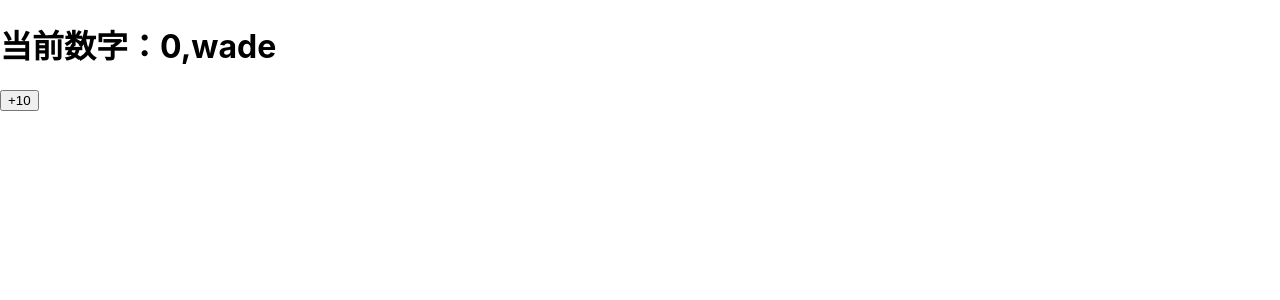
Repository: ZhangCoder0812/zf-react-project
Page: /
These files come from the project's save history. The page is drawn as it stood at one moment and after a run of saves; the edit follows.
The browser window is 1280 px wide. The pictures show the whole page.
The project was rebuilt for these pictures with package versions that can differ from the ones it lists, and the page was loaded fresh each time.

Above is the page before, as saved 2021-05-17 10:45:13.

After the next 4 saves:
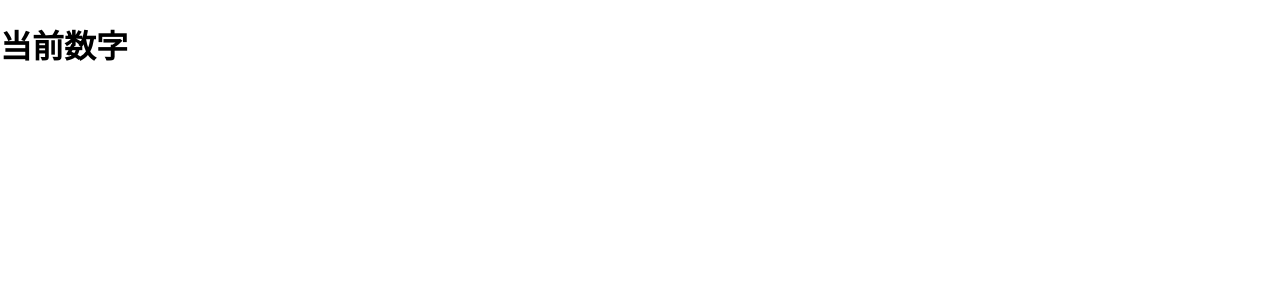
The 4 saves are shown as one change because 1 did not build or start and some came seconds apart.
The last was saved 15 s later.
--- a/src/App.js
+++ b/src/App.js
@@ -1,22 +1,9 @@
-import React, { useState } from "react";
+import React from "react";
 
 function App() {
-    let [state, setState] = useState({
-        count: 0,
-        name: "wade",
-    });
-    const changCount = num => {
-        setState({
-            ...state, //这里要手动将之前的数据放在这 不然会丢失 这个setState不像类组件的setState 这里会整体替换之前的state
-            count: state.count + num,
-        });
-    };
     return (
         <div>
-            <h1>
-                当前数字：{state.count},{state.name}
-            </h1>
-            <button onClick={() => changCount(10)}>+10</button>
+            <h1>当前数字</h1>
         </div>
     );
 }
